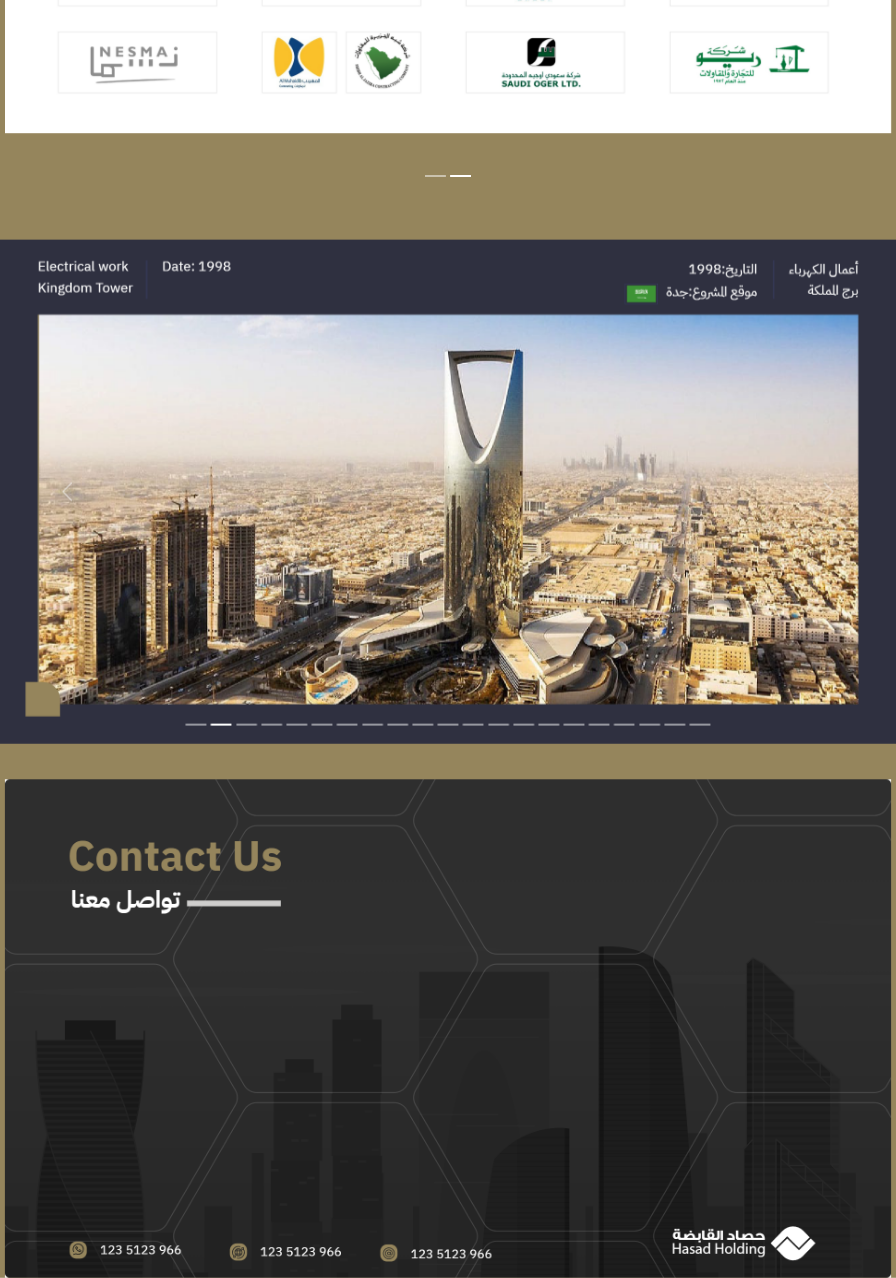
Repository: shahzaibrehman123/hasad-holding
Page: /
An editor plug-in stored every save of this project. The page is shown before and after the next save, followed by the edit.
The browser window is 1280 px wide. The pictures show the part of the page from y = 3685 to 5605 px (the page is 5511 px tall before and 5671 px after), at 70% of full size.
The project was rebuilt for these pictures with package versions that can differ from the ones it lists, and the page was loaded fresh each time.

Above is the page before, as saved 2023-11-07 18:33:34.

### public/index.html
<!DOCTYPE html>
<html lang="en">
  <head>
    <meta charset="utf-8" />
    <link rel="icon" href="%PUBLIC_URL%/logo.png" />
    <meta name="viewport" content="width=device-width, initial-scale=1" />
    <meta name="theme-color" content="#000000" />
    <meta
      name="description"
      content="A Project Build on React"
    />
    <link rel="apple-touch-icon" href="%PUBLIC_URL%/logo192.png" />
    <!--
      manifest.json provides metadata used when your web app is installed on a
      user's mobile device or desktop. See https://developers.google.com/web/fundamentals/web-app-manifest/
    -->
    <link rel="manifest" href="%PUBLIC_URL%/manifest.json" />
    <!--
      Notice the use of %PUBLIC_URL% in the tags above.
      It will be replaced with the URL of the `public` folder during the build.
      Only files inside the `public` folder can be referenced from the HTML.

      Unlike "/favicon.ico" or "favicon.ico", "%PUBLIC_URL%/favicon.ico" will
      work correctly both with client-side routing and a non-root public URL.
      Learn how to configure a non-root public URL by running `npm run build`.
    -->
    <title>حصاد القابضة</title>
  </head>
  <body>
    <noscript>You need to enable JavaScript to run this app.</noscript>
    <div id="root"></div>
    <!--
      This HTML file is a template.
      If you open it directly in the browser, you will see an empty page.

      You can add webfonts, meta tags, or analytics to this file.
      The build step will place the bundled scripts into the <body> tag.

      To begin the development, run `npm start` or `yarn start`.
      To create a production bundle, use `npm run build` or `yarn build`.
    -->
  </body>
</html>

### src/App.js

import './App.css';
import 'bootstrap/dist/css/bootstrap.min.css';

import AboutUs from './components/AboutUs/AboutUs';
// import Clients from './components/Clients/Clients';
import MainPage from './components/MainPage/MainPage';
import Numbers from './components/Numbers/Numbers';
// import Partners from './components/Partners/Partners';
import Projects from './components/Projects/Projects';
import Services from './components/Services/Services';
import Contact from './components/Contact/Contact';
import Header from './components/Header/Header';
import ClientAndPartners from './components/ClientAndPartners/ClientAndPartners';

function App() {
  return (
    <div style={{ backgroundColor: '#95855c', minHeight: '100vh' }}>
    <Header/>
    <MainPage/>
    <AboutUs/>
    <Services/>
    <Numbers/>

    <ClientAndPartners/>


    {/* <Clients/> */}
    {/* <Partners/> */}


    <Projects/>
    <Contact/>
    </div>
  );
}

export default App;

### src/components/AboutUs/AboutUs.jsx
import React from "react";
import img from "./Assets/image.png";
import "./style.css"

function AboutUs() {
  return (
    <div className="about-container" id="about">
      <img
        src={img}
        className="img-responsive"
        alt="background"
      />
    </div>
  );
}

export default AboutUs;

### src/components/MainPage/MainPage.jsx
import React from 'react'
import img from "./Assets/image.png"
import "./style.css"

function MainPage() {
  return (
    <div className='main-container' id='home'>
      <img src={img} className='img-responsive' alt="background"/>
    </div>
  )
}

export default MainPage

### src/components/Numbers/Numbers.jsx
import React from "react";
import img from "./Assets/image.png";
import "./style.css"
function Numbers() {
  return (
    <div className="numbers-container">
    <img src={img} className="img-responsive" alt="background"/>
    </div>
  );
}

export default Numbers;

### src/components/Projects/Projects.jsx
import Carousel from 'react-bootstrap/Carousel';
import img1 from "./Assets/1.png"
import img2 from "./Assets/2.png"
import img3 from "./Assets/3.png"
import img4 from "./Assets/4.png"
import img5 from "./Assets/5.png"
import img6 from "./Assets/6.png"
import img7 from "./Assets/7.png"
import img8 from "./Assets/8.png"
import img9 from "./Assets/9.png"
import img10 from "./Assets/10.png"
import img11 from "./Assets/11.png"
import img12 from "./Assets/12.png"
import img13 from "./Assets/13.png"
import img14 from "./Assets/14.png"
import img15 from "./Assets/15.png"
import img16 from "./Assets/16.png"
import img17 from "./Assets/17.png"
import img18 from "./Assets/18.png"
import img19 from "./Assets/19.png"
import img20 from "./Assets/20.png"
import img21 from "./Assets/21.png"
import "./style.css";

function Projects() {
  return (
    <Carousel>
      <Carousel.Item>
        <img className="img-responsive" src={img1} alt="First slide" />
      </Carousel.Item>
      <Carousel.Item>
        <img className="img-responsive" src={img2} alt="Second slide" />
      </Carousel.Item>
      <Carousel.Item>
        <img className="img-responsive" src={img3} alt="Third slide" />
      </Carousel.Item>
      <Carousel.Item>
        <img className="img-responsive" src={img4} alt="Fourth slide" />
      </Carousel.Item>
      <Carousel.Item>
        <img className="img-responsive" src={img5} alt="Fifth slide" />
      </Carousel.Item>
      <Carousel.Item>
        <img className="img-responsive" src={img6} alt="Sixth slide" />
      </Carousel.Item>
      <Carousel.Item>
        <img className="img-responsive" src={img7} alt="Seventh slide" />
      </Carousel.Item>
      <Carousel.Item>
        <img className="img-responsive" src={img8} alt="Eighth slide" />
      </Carousel.Item>
      <Carousel.Item>
        <img className="img-responsive" src={img9} alt="Ninth slide" />
      </Carousel.Item>
      <Carousel.Item>
        <img className="img-responsive" src={img10} alt="Tenth slide" />
      </Carousel.Item>
      <Carousel.Item>
        <img className="img-responsive" src={img11} alt="Eleventh slide" />
      </Carousel.Item>
      <Carousel.Item>
        <img className="img-responsive" src={img12} alt="Twelfth slide" />
      </Carousel.Item>
      <Carousel.Item>
        <img className="img-responsive" src={img13} alt="Thirteenth slide" />
      </Carousel.Item>
      <Carousel.Item>
        <img className="img-responsive" src={img14} alt="Fourteenth slide" />
      </Carousel.Item>
      <Carousel.Item>
        <img className="img-responsive" src={img15} alt="Fifteenth slide" />
      </Carousel.Item>
      <Carousel.Item>
        <img className="img-responsive" src={img16} alt="Sixteenth slide" />
      </Carousel.Item>
      <Carousel.Item>
        <img className="img-responsive" src={img17} alt="Seventeenth slide" />
      </Carousel.Item>
      <Carousel.Item>
        <img className="img-responsive" src={img18} alt="Eighteenth slide" />
      </Carousel.Item>
      <Carousel.Item>
        <img className="img-responsive" src={img19} alt="Nineteenth slide" />
      </Carousel.Item>
      <Carousel.Item>
        <img className="img-responsive" src={img20} alt="20 slide" />
      </Carousel.Item>
      <Carousel.Item>
        <img className="img-responsive" src={img21} alt="21 slide" />
      </Carousel.Item>
    </Carousel>
  );
}

export default Projects

### src/components/Services/Services.jsx
import React from "react";
import img from "./Assets/image.png";
import "./style.css";
function Services() {
  return (
    <div className="Services-container" id="service">
      <img src={img} className="img-responsive" alt="background" />
    </div>
  );
}

export default Services;

### src/components/Contact/Contact.jsx
import React from "react";
import img from "./Assets/image.png";
import "./style.css";

function Contact() {
  return (
    <div className="contact-container" id="contact">
      <img src={img} className="img-responsive" alt="background" />
    </div>
  );
}

export default Contact;

### src/components/Header/Header.jsx
import React from "react";
import { HashLink as Link } from "react-router-hash-link";
import { BrowserRouter } from "react-router-dom";
import Container from "react-bootstrap/Container";
import Nav from "react-bootstrap/Nav";
import Navbar from "react-bootstrap/Navbar";
import logo from "../../logo.png"
import { useMediaQuery } from 'react-responsive'

function Header() {
  const isMobile = useMediaQuery({ query: '(max-width: 767px)' })
  return (
    <BrowserRouter>
      <Navbar bg="dark" data-bs-theme="dark" fixed="top" expand="lg">
        <Container>
        <img
              alt="logo"
              src={logo}
              width="30"
              height="30"
              className="d-inline-block align-top"
            />{' '}
          <Navbar.Brand href="/">Hasad Holding</Navbar.Brand>
          <Navbar.Toggle aria-controls="basic-navbar-nav" />
          <Navbar.Collapse id="basic-navbar-nav">
            <Nav className="me-auto">
              <Link to="#home" smooth className="nav-link">Home</Link>
              <Link to="#service" smooth className="nav-link">Services</Link>
              <Link to="#about" smooth className="nav-link">About us</Link>
              <Link to="#contact" smooth className="nav-link">Contact us</Link>
            </Nav>
          </Navbar.Collapse>
        </Container>
      </Navbar>
      </BrowserRouter>
  );
}

export default Header;

### src/components/ClientAndPartners/ClientAndPartners.jsx
import React from "react";
import Carousel from "react-bootstrap/Carousel";
import img1 from "../Clients/Assets/image.png"
import img2 from "../Partners/Assets/image.png"
import "./style.css"

function ClientAndPartners() {
  return (
    <Carousel className="cp-container">
      <Carousel.Item>
        <img className="img-responsive" src={img1} alt="First slide" />
      </Carousel.Item>
      <Carousel.Item>
        <img className="img-responsive" src={img2} alt="Second slide" />
      </Carousel.Item>
    </Carousel>
  );
}

export default ClientAndPartners;

### src/components/AboutUs/style.css
.about-container{
    margin:0px 7px 3% 7px;
}

.img-responsive {
    width: 100%;
    height: auto;
    object-fit: cover; /* or 'contain' depending on your needs */
  }

### src/components/MainPage/style.css
.main-container{
    margin:0px 0px 15% 0px;
    height: 100vh;
}
.img-responsive {
    width: 100%;
    height: 100%;
    object-fit: cover; /* or 'contain' depending on your needs */
}


@media screen and (max-width: 1024px) {
    .main-container{
        height: auto;
    }
  }

  @media screen and (max-width: 768px) {
    .main-container{
        height: auto;
    }
  }

  @media screen and (max-width: 480px) {
    .main-container{
        height: auto;
    }
  }

### src/components/Numbers/style.css
.numbers-container{
    margin:0px 7px 3% 7px;
}
.img-responsive {
    width: 100%;
    height: auto;
    object-fit: cover; /* or 'contain' depending on your needs */
  }

### src/components/Projects/style.css
.carousel-item {
  height: 100vh;
}

.img-responsive {
  width: 90%;
  height: 100vh;
  object-fit: cover; /* or 'contain' depending on your needs */
}

@media screen and (max-width: 1024px) {
  .img-responsive {
    width: 100%;
    height: auto;
    object-fit: cover;
  }
  .carousel-item {
    height: auto;
  }
}

@media screen and (max-width: 768px) {
  .img-responsive {
    width: 100%;
    height: auto;
    object-fit: cover;
  }
  .carousel-item {
    height: auto;
  }
}

@media screen and (max-width: 480px) {
  .img-responsive {
    width: 100%;
    height: auto;
    object-fit: cover;
  }
  .carousel-item {
    height: auto;
  }
}

### src/components/Services/style.css
.Services-container{
    margin:0px 7px 3% 7px;
}
.img-responsive {
    width: 100%;
    height: auto;
    object-fit: cover; /* or 'contain' depending on your needs */
  }

### src/components/Contact/style.css
.contact-container {
  margin:4% 7px 0px 7px;
}
.img-responsive {
  width: 100%;
  height: auto;
  object-fit: cover; /* or 'contain' depending on your needs */
}

### src/components/ClientAndPartners/style.css
.cp-container{
    margin:0px 7px 5% 7px;
    height: 50rem;
}
.img-responsive {
    width: 100%;
    height: auto;
    object-fit: cover; /* or 'contain' depending on your needs */
  }

Loaded but not shown: src/index.js (common file); src/reportWebVitals.js (common file); src/App.css (no stored copy; drawn as an empty file); src/index.css (no stored copy; drawn as an empty file)

After the next save:
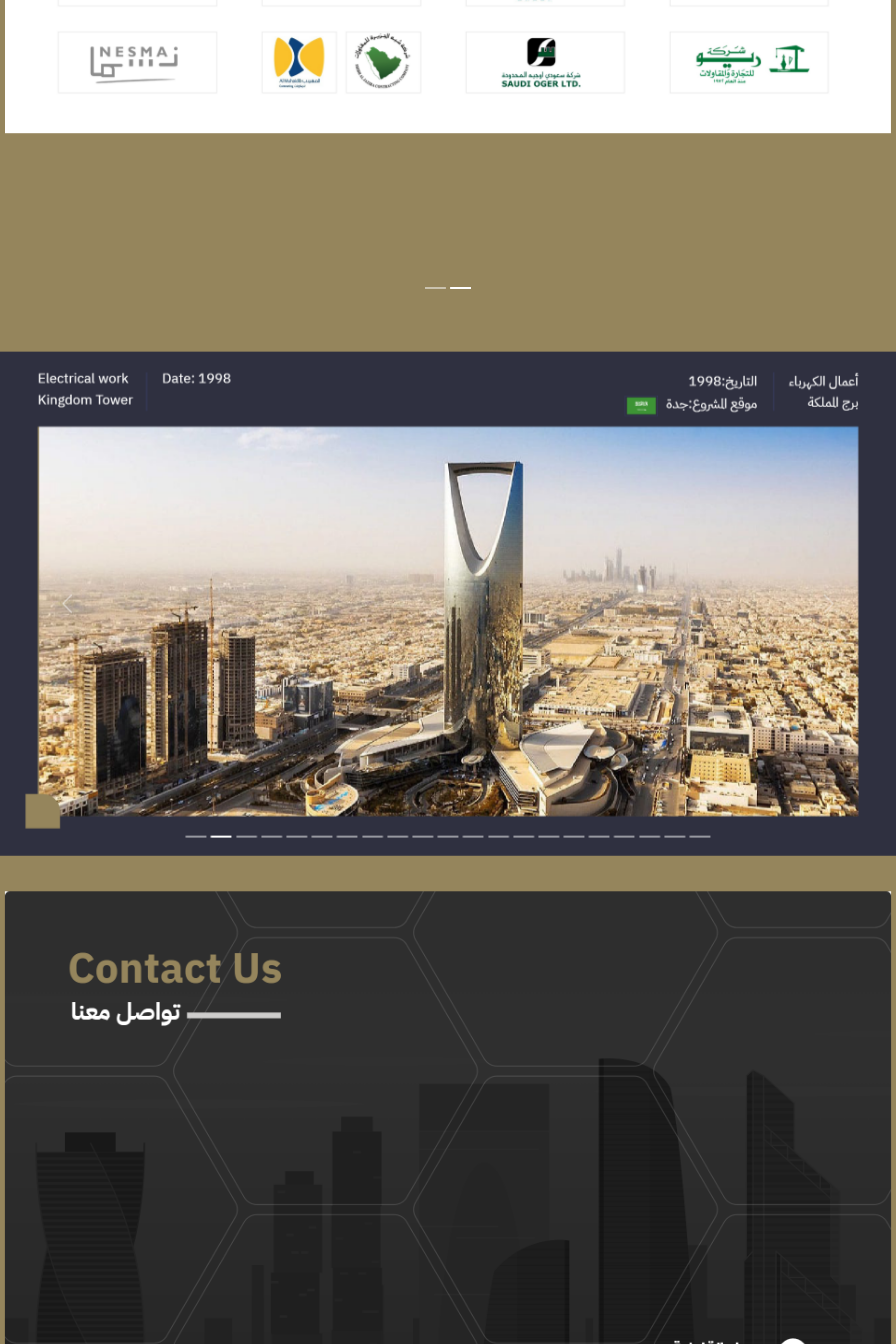
Saved 8 s later.
--- a/src/components/ClientAndPartners/style.css
+++ b/src/components/ClientAndPartners/style.css
@@ -1,6 +1,6 @@
 .cp-container{
     margin:0px 7px 5% 7px;
-    height: 50rem;
+    height: 60rem;
 }
 .img-responsive {
     width: 100%;
